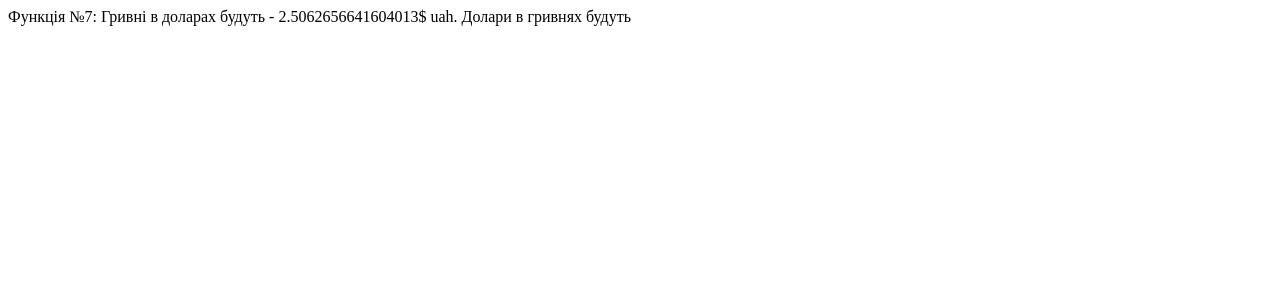
Repository: batonAnton/cursor_js_hw_3
Page: index.html
An editor plug-in stored every save of this project. The page is shown before and after the next save, followed by the edit.
The browser window is 1280 px wide. The pictures show the whole page.

Above is the page before, as saved 2022-08-29 20:45:24.

After the next save:
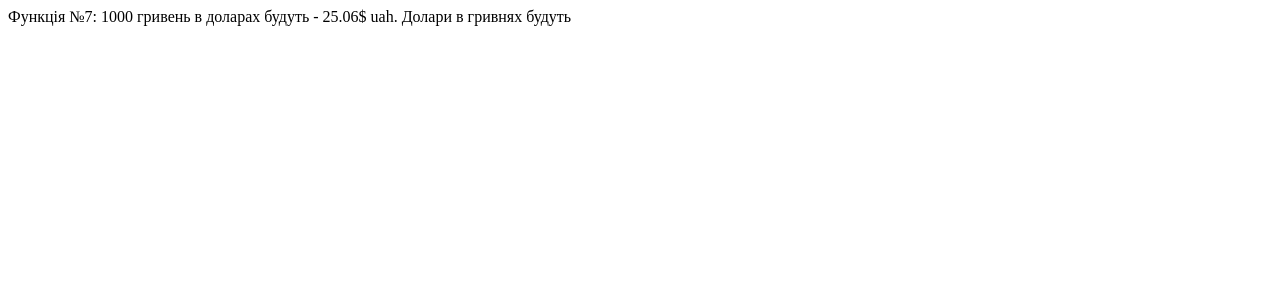
Saved 5 min 24 s later.
--- a/js/index.js
+++ b/js/index.js
@@ -87,15 +87,16 @@ function convertCurrency (typeValue){
     let res;
 
         if (typeValue.includes("UAH")) {
-            res =   +typeValue.slice(0, typeValue.indexOf("UAH")) / dollars + "$";
+            res =   (+typeValue.slice(0, typeValue.indexOf("UAH")) / dollars).toFixed(2) + "$";
+
           } else if (typeValue.includes("$")) {
-            res = +typeValue.slice(0, typeValue.indexOf("$")) * dollars + "UAH";
+            res = (+typeValue.slice(0, typeValue.indexOf("$")) * dollars).toFixed(2) + "UAH";
           } return res;
 
 
 }
 
 // console.log(convertCurrency(100));
-let typeValue="100 UAH";
+let typeValue="1000 UAH";
 
-document.writeln(`Функція №7: Гривні в доларах будуть - ${convertCurrency(typeValue)} uah.  Долари в гривнях будуть`);
+document.writeln(`Функція №7: 1000 гривень в доларах будуть - ${convertCurrency(typeValue)} uah.  Долари в гривнях будуть`);
